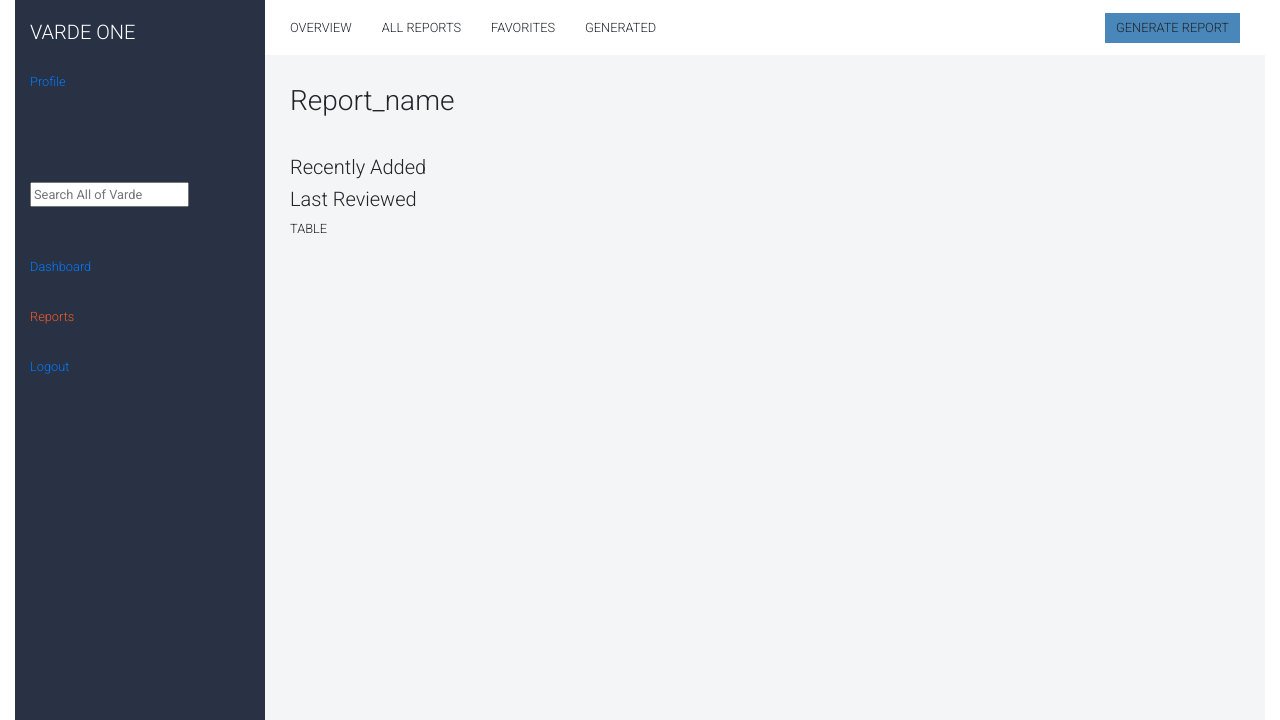
Repository: slavishtipkov/cra-redux
Page: /reports
An editor plug-in stored every save of this project. The page is shown before and after the next save, followed by the edit.
The browser window is 1280 px wide. The pictures show the whole page.
The project was rebuilt for these pictures with package versions that can differ from the ones it lists, and the page was loaded fresh each time. Also part of the build but not shown: src/Containers/Reports/reports.scss.

Above is the page before, as saved 2019-07-09 14:18:04.

After the next save:
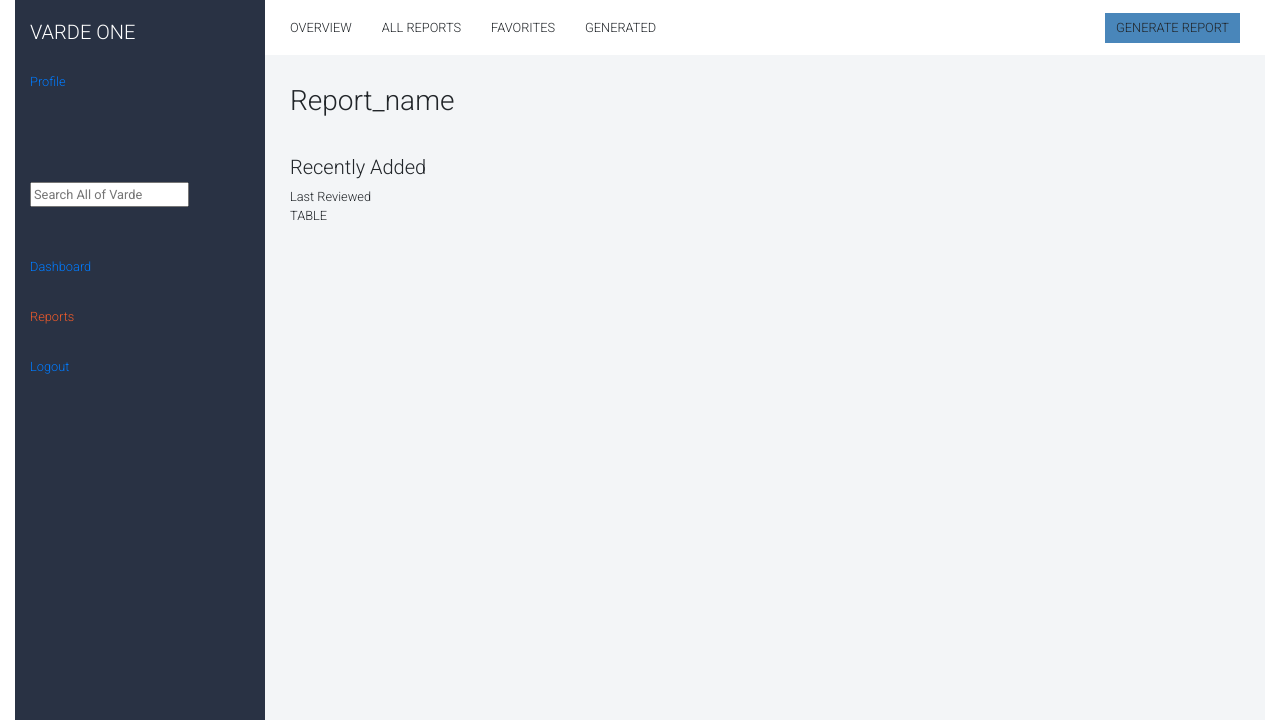
Saved 26 s later.
--- a/src/Containers/Reports/Reports.js
+++ b/src/Containers/Reports/Reports.js
@@ -26,7 +26,7 @@ const Reports = () => (
       </div>
     </div>
     <div className="page-content">
-      <h5>Last Reviewed</h5>
+      <div>Last Reviewed</div>
       <div className="table">TABLE</div>
     </div>
   </div>
